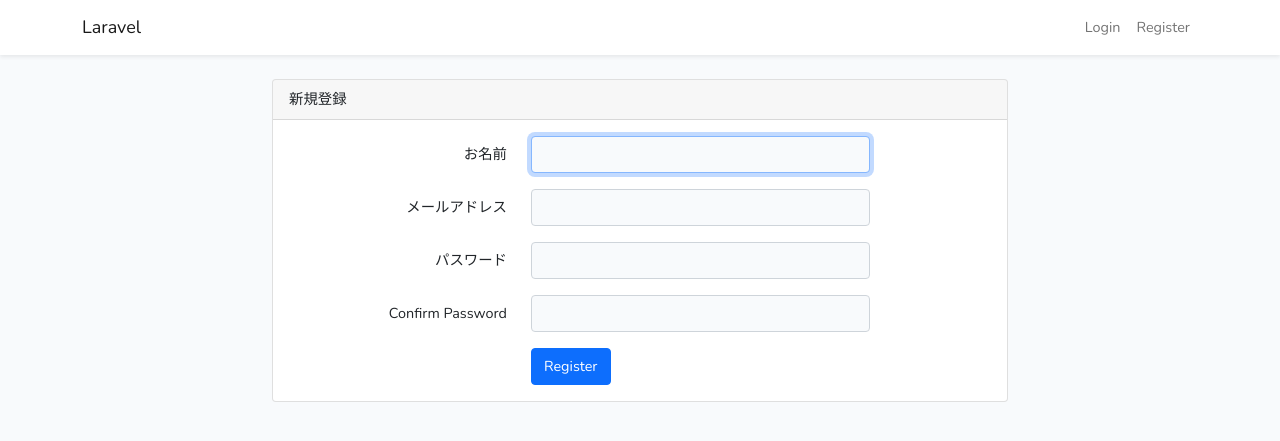
Repository: zukka1804/2-20220424
Page: http://localhost/register
The author's editor kept a record of every edit. The page is drawn from the files as they stood at one moment, then again after the next edit.
The browser window is 1280 px wide. The pictures show the whole page.
The page is served by the project's Laravel application, run on PHP 8.4 with Laravel 9. Other server files are loaded and not shown.

Above is the page before.

### cms/routes/web.php
<?php

use Illuminate\Support\Facades\Route;
use App\Http\Controllers\BookController;
/*
|--------------------------------------------------------------------------
| Web Routes
|--------------------------------------------------------------------------
|
| Here is where you can register web routes for your application. These
| routes are loaded by the RouteServiceProvider within a group which
| contains the "web" middleware group. Now create something great!
|
*/

// 本のダッシュボード表示
Route::get('/', [BookController::class, 'index']);

// 新「本」を追加
Route::post('/books', [BookController::class, 'store']);

//「本」の更新画面表示
Route::get('/booksedit/{book}',[BookController::class, 'edit']);

//「本」の更新処理
Route::post('books/update',[BookController::class, 'update']);

// 本を削除
Route::delete('/book/{book}', [BookController::class, 'destroy']);



Route::resource('contacts', 'ContactController');


Auth::routes();

Route::get('/home', [App\Http\Controllers\HomeController::class, 'index'])->name('home');

### cms/resources/views/auth/register.blade.php
@extends('layouts.app')

@section('content')
<div class="container">
    <div class="row justify-content-center">
        <div class="col-md-8">
            <div class="card">
                <div class="card-header">{{ __('新規登録') }}</div>

                <div class="card-body">
                    <form method="POST" action="{{ route('register') }}">
                        @csrf

                        <div class="row mb-3">
                            <label for="name" class="col-md-4 col-form-label text-md-end">{{ __('お名前') }}</label>

                            <div class="col-md-6">
                                <input id="name" type="text" class="form-control @error('name') is-invalid @enderror" name="name" value="{{ old('name') }}" required autocomplete="name" autofocus>

                                @error('name')
                                    <span class="invalid-feedback" role="alert">
                                        <strong>{{ $message }}</strong>
                                    </span>
                                @enderror
                            </div>
                        </div>

                        <div class="row mb-3">
                            <label for="email" class="col-md-4 col-form-label text-md-end">{{ __('メールアドレス') }}</label>

                            <div class="col-md-6">
                                <input id="email" type="email" class="form-control @error('email') is-invalid @enderror" name="email" value="{{ old('email') }}" required autocomplete="email">

                                @error('email')
                                    <span class="invalid-feedback" role="alert">
                                        <strong>{{ $message }}</strong>
                                    </span>
                                @enderror
                            </div>
                        </div>

                        <div class="row mb-3">
                            <label for="password" class="col-md-4 col-form-label text-md-end">{{ __('パスワード') }}</label>

                            <div class="col-md-6">
                                <input id="password" type="password" class="form-control @error('password') is-invalid @enderror" name="password" required autocomplete="new-password">

                                @error('password')
                                    <span class="invalid-feedback" role="alert">
                                        <strong>{{ $message }}</strong>
                                    </span>
                                @enderror
                            </div>
                        </div>

                        <div class="row mb-3">
                            <label for="password-confirm" class="col-md-4 col-form-label text-md-end">{{ __('Confirm Password') }}</label>

                            <div class="col-md-6">
                                <input id="password-confirm" type="password" class="form-control" name="password_confirmation" required autocomplete="new-password">
                            </div>
                        </div>

                        <div class="row mb-0">
                            <div class="col-md-6 offset-md-4">
                                <button type="submit" class="btn btn-primary">
                                    {{ __('Register') }}
                                </button>
                            </div>
                        </div>
                    </form>
                </div>
            </div>
        </div>
    </div>
</div>
@endsection

### cms/resources/views/layouts/app.blade.php
<!doctype html>
<html lang="{{ str_replace('_', '-', app()->getLocale()) }}">
<head>
    <meta charset="utf-8">
    <meta name="viewport" content="width=device-width, initial-scale=1">

    <!-- CSRF Token -->
    <meta name="csrf-token" content="{{ csrf_token() }}">

    <title>{{ config('app.name', 'Laravel') }}</title>

    <!-- Scripts -->
    <script src="{{ asset('js/app.js') }}" defer></script>

    <!-- Fonts -->
    <link rel="dns-prefetch" href="//fonts.gstatic.com">
    <link href="https://fonts.googleapis.com/css?family=Nunito" rel="stylesheet">

    <!-- Styles -->
    <link href="{{ asset('css/app.css') }}" rel="stylesheet">
</head>
<body>
    <div id="app">
        <nav class="navbar navbar-expand-md navbar-light bg-white shadow-sm">
            <div class="container">
                <a class="navbar-brand" href="{{ url('/') }}">
                    {{ config('app.name', 'Laravel') }}
                </a>
                <button class="navbar-toggler" type="button" data-bs-toggle="collapse" data-bs-target="#navbarSupportedContent" aria-controls="navbarSupportedContent" aria-expanded="false" aria-label="{{ __('Toggle navigation') }}">
                    <span class="navbar-toggler-icon"></span>
                </button>

                <div class="collapse navbar-collapse" id="navbarSupportedContent">
                    <!-- Left Side Of Navbar -->
                    <ul class="navbar-nav me-auto">

                    </ul>

                    <!-- Right Side Of Navbar -->
                    <ul class="navbar-nav ms-auto">
                        <!-- Authentication Links -->
                        @guest
                            @if (Route::has('login'))
                                <li class="nav-item">
                                    <a class="nav-link" href="{{ route('login') }}">{{ __('Login') }}</a>
                                </li>
                            @endif

                            @if (Route::has('register'))
                                <li class="nav-item">
                                    <a class="nav-link" href="{{ route('register') }}">{{ __('Register') }}</a>
                                </li>
                            @endif
                        @else
                            <li class="nav-item dropdown">
                                <a id="navbarDropdown" class="nav-link dropdown-toggle" href="#" role="button" data-bs-toggle="dropdown" aria-haspopup="true" aria-expanded="false" v-pre>
                                    {{ Auth::user()->name }}
                                </a>

                                <div class="dropdown-menu dropdown-menu-end" aria-labelledby="navbarDropdown">
                                    <a class="dropdown-item" href="{{ url('/home') }}">マイページ</a>
                                    <a class="dropdown-item" href="{{ route('logout') }}"
                                       onclick="event.preventDefault();
                                                     document.getElementById('logout-form').submit();">
                                        {{ __('Logout') }}
                                    </a>

                                    <form id="logout-form" action="{{ route('logout') }}" method="POST" class="d-none">
                                        @csrf
                                    </form>
                                </div>
                            </li>
                        @endguest
                    </ul>
                </div>
            </div>
        </nav>

        <main class="py-4">
            @yield('content')
        </main>
    </div>
</body>
</html>

Loaded but not shown: cms/app/Http/Controllers/Auth/ConfirmPasswordController.php (common file); cms/app/Http/Controllers/Controller.php (common file); cms/app/Http/Controllers/Auth/RegisterController.php (common file); cms/lang/en.json (common file); cms/public/css/app.css (library)

After the next edit:
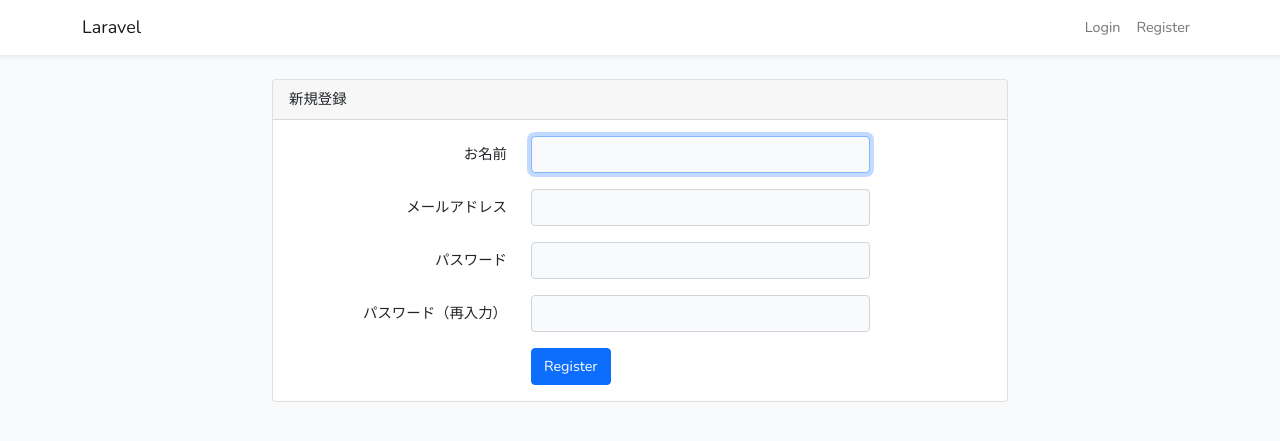
The edit:
--- a/cms/resources/views/auth/register.blade.php
+++ b/cms/resources/views/auth/register.blade.php
@@ -54,7 +54,7 @@
                         </div>
 
                         <div class="row mb-3">
-                            <label for="password-confirm" class="col-md-4 col-form-label text-md-end">{{ __('Confirm Password') }}</label>
+                            <label for="password-confirm" class="col-md-4 col-form-label text-md-end">{{ __('パスワード（再入力）') }}</label>
 
                             <div class="col-md-6">
                                 <input id="password-confirm" type="password" class="form-control" name="password_confirmation" required autocomplete="new-password">
